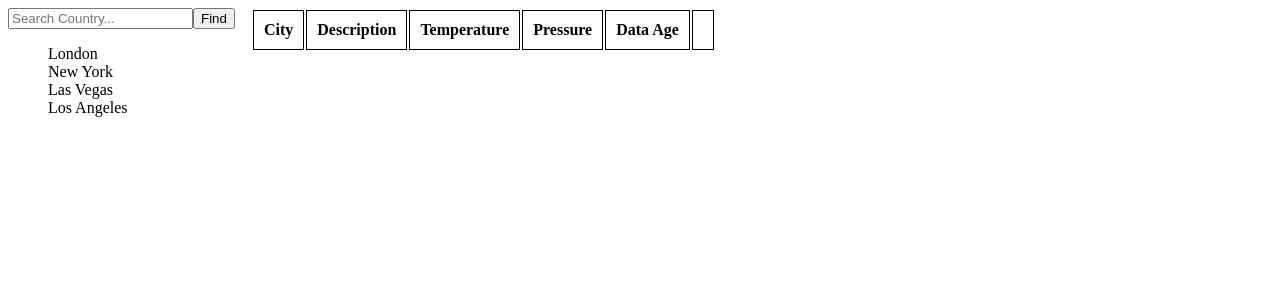
Repository: hey-shubham/WeatherAPI
Page: index.html
An editor plug-in stored every save of this project. The page is shown before and after the next save, followed by the edit.
The browser window is 1280 px wide. The pictures show the whole page.

Above is the page before, as saved 2022-03-02 21:52:14.

After the next save:
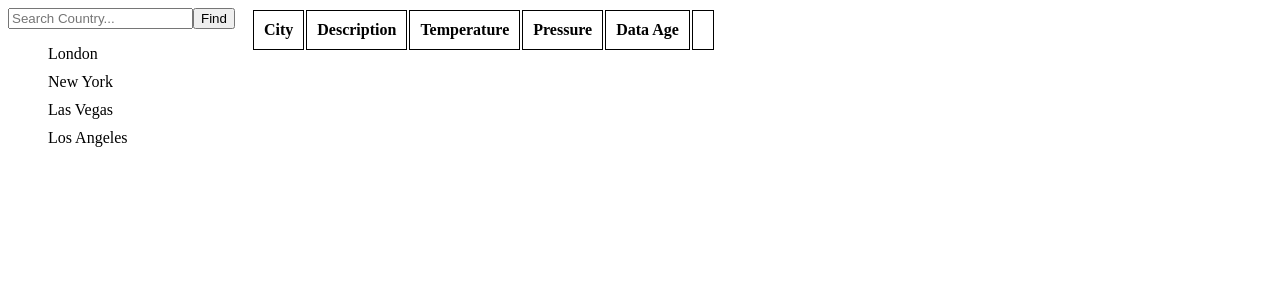
Saved 13 s later.
--- a/style.css
+++ b/style.css
@@ -11,5 +11,5 @@ th,td{
 }
 li{
     list-style: none;
-    m
+    margin-top: 10px;
 }
